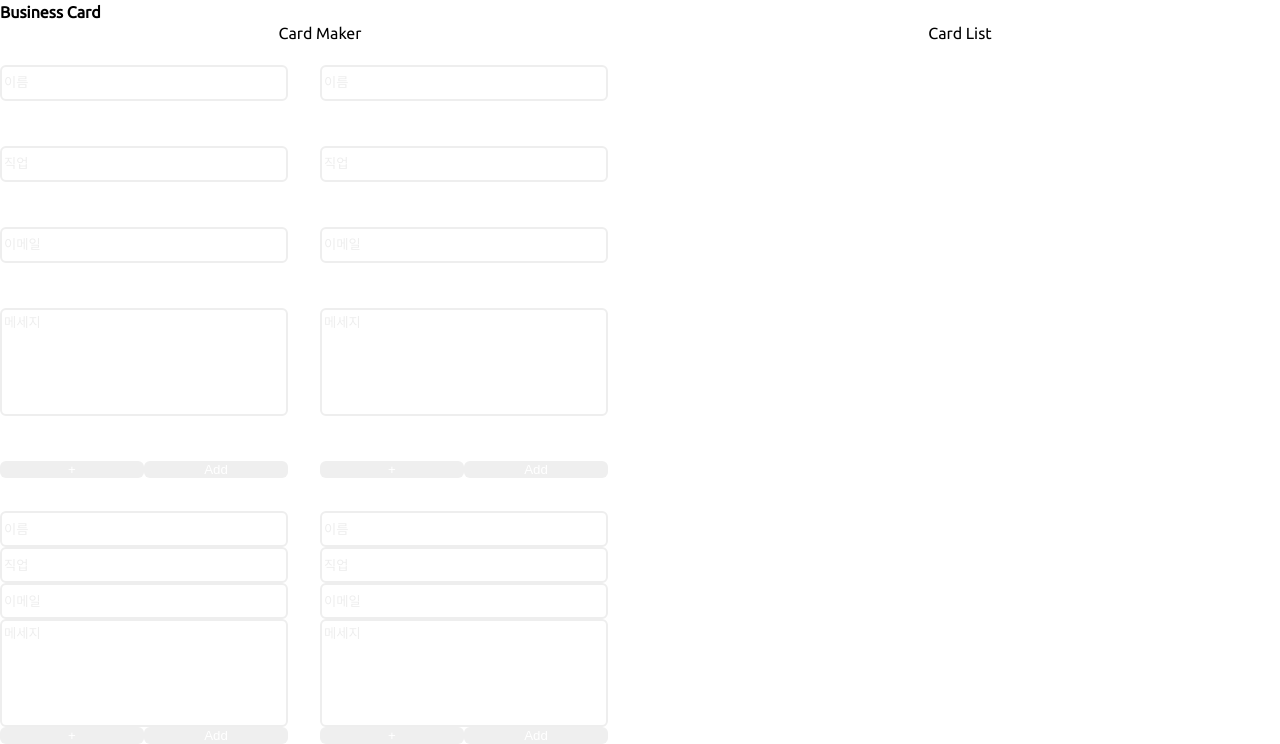
Repository: momo0170/react_businesscard
Page: /main
An editor plug-in stored every save of this project. The page is shown before and after a run of saves, followed by the edit.
The browser window is 1280 px wide. The pictures show the whole page.
The page's requests for data from a server got no answer. The project was rebuilt for these pictures with package versions that can differ from the ones it lists, and the page was loaded fresh each time. No one was signed in, and anything a server would have sent is missing. Also part of the build but not shown: src/css/login.module.css, src/route/login.jsx.

Above is the page before, as saved 2022-08-14 22:19:35.

After the next 3 saves:
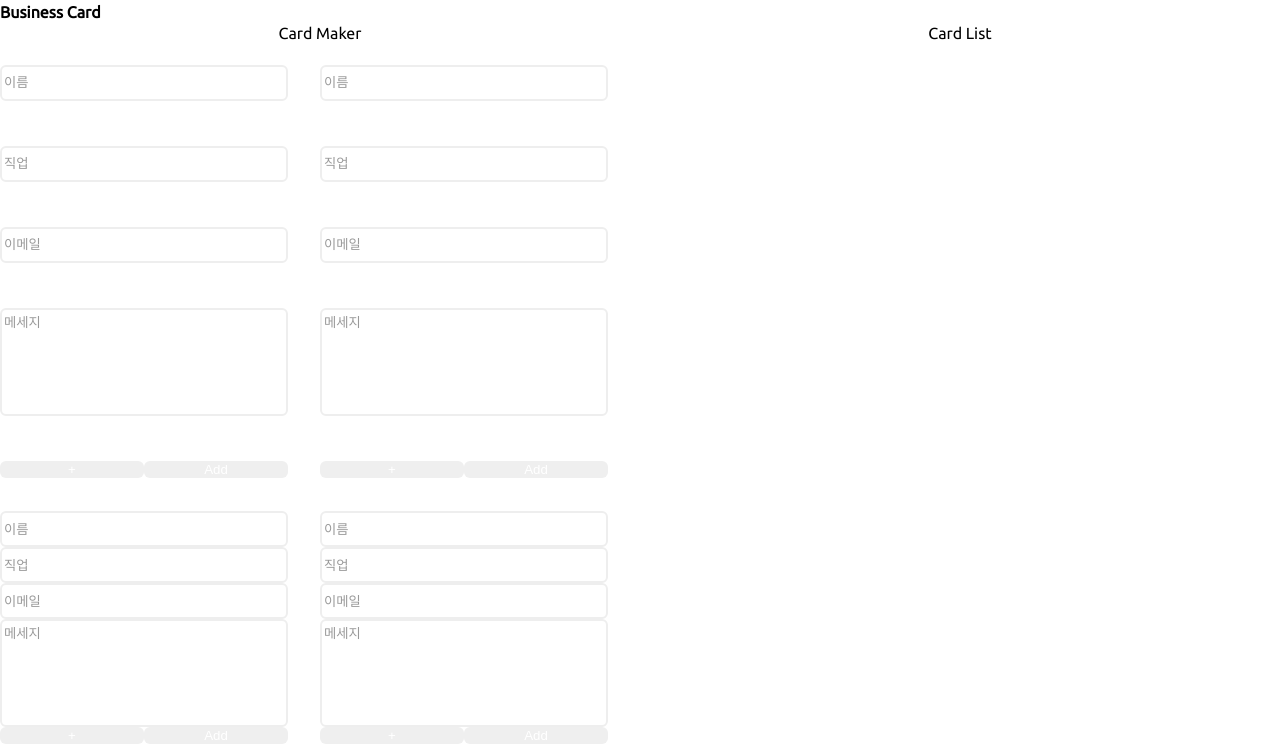
The 3 saves are shown as one change because they came seconds apart.
The last was saved 20 s later.
--- a/src/css/cardMaker.module.css
+++ b/src/css/cardMaker.module.css
@@ -42,7 +42,7 @@ input:focus,
 
 input::placeholder,
 .message::placeholder {
-  color: #eeeeee;
+  color: rgba(0, 0, 0, 0.4);
 }
 
 .btns {
